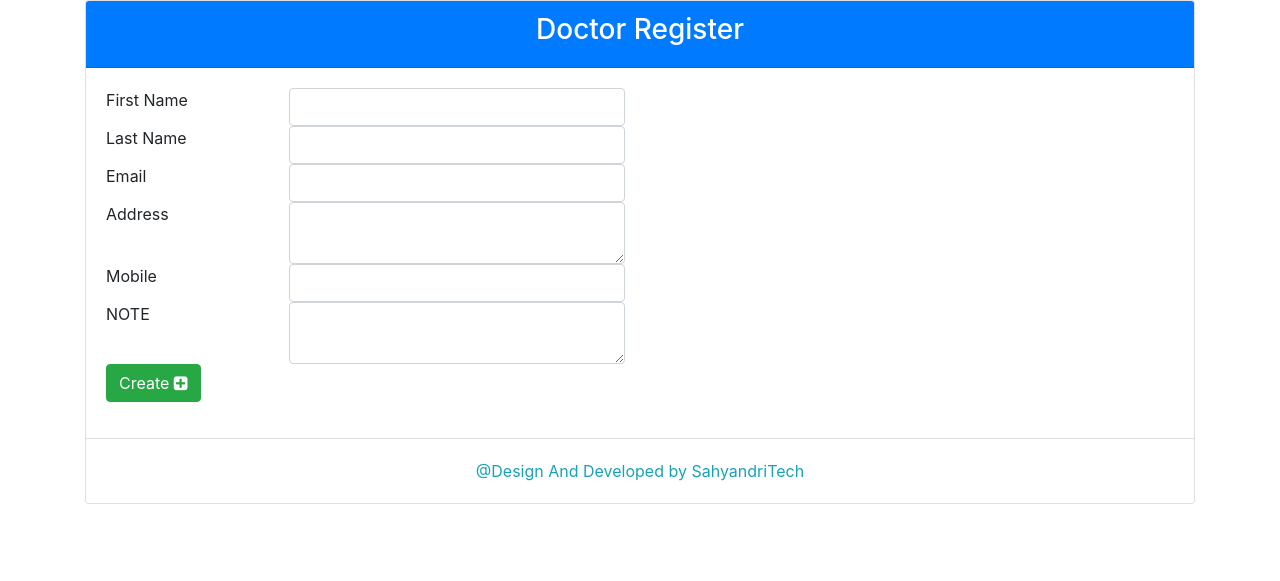
Repository: AmolRajuru11/HealthCareEx
Page: http://localhost/DoctorRegister
The author's editor kept a copy of each file at every save. The page is drawn from the files as they stood at one save, then again after the next save.
The browser window is 1280 px wide. The pictures show the whole page.
The page is this project's Thymeleaf template; nobody is signed in. The template is opened directly, without the code that normally fills it, so the values that code supplies are empty.

Above is the page before, as saved 2021-10-15 10:27:03.

After the next save:
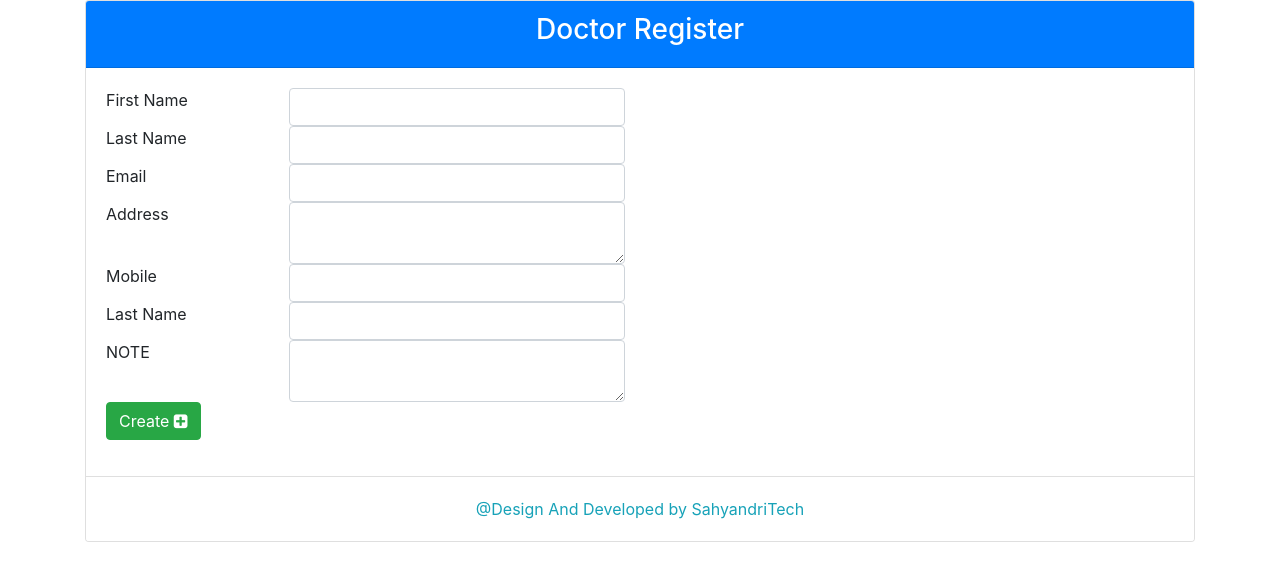
Saved 43 s later.
--- a/HeathCare/src/main/resources/templates/DoctorRegister.html
+++ b/HeathCare/src/main/resources/templates/DoctorRegister.html
@@ -85,6 +85,20 @@
 						</div>
 					</div>
 
+					<!-- row #6 -->
+					<div class="row">
+						<div class="col-2">
+							<label for="lastName">Last Name</label>
+						</div>
+						<div class="col-4">
+							<input type="text" name="lastName" id="lastName"
+								class="form-control" />
+						</div>
+						<div class="col-6">
+							<span id="lastNameError"></span>
+						</div>
+					</div>
+
 					<!--row #3-->
 					<div class="row">
 						<div class="col-2">
